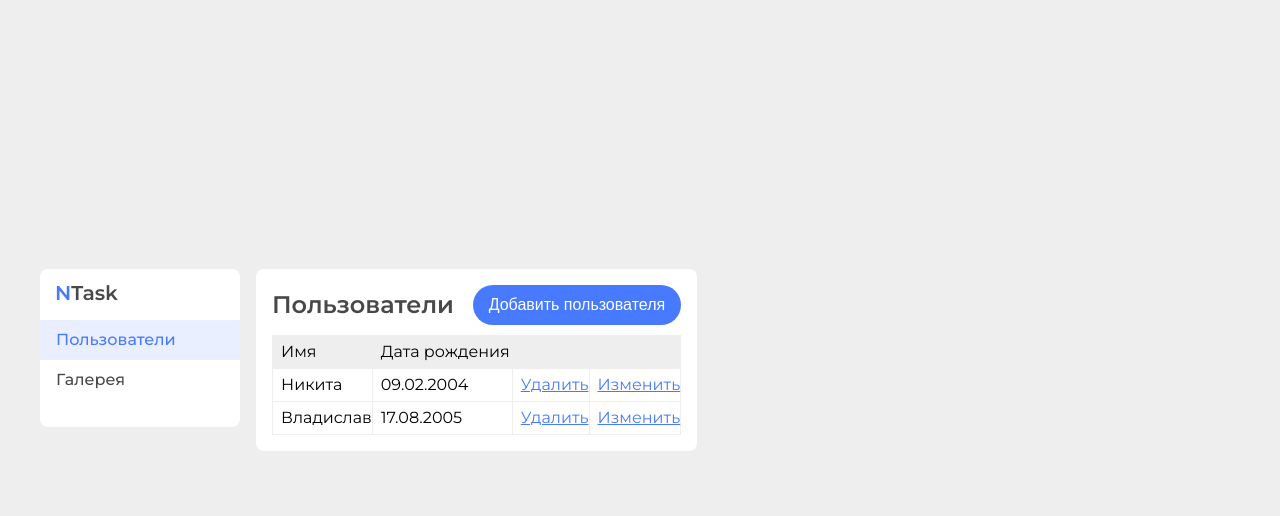
Repository: Grid-Master/NTask
Page: /NTask/gallery
An editor plug-in stored every save of this project. The page is shown before and after the next save, followed by the edit.
The browser window is 1280 px wide. The pictures show the whole page.
The project was rebuilt for these pictures with package versions that can differ from the ones it lists, and the page was loaded fresh each time. Also part of the build but not shown: src/components/gallery/gallery.sass, src/components/updateUser/updateUser.sass, src/components/updateUser/UpdateUser.tsx.

Above is the page before, as saved 2023-06-09 19:51:36.

After the next save:
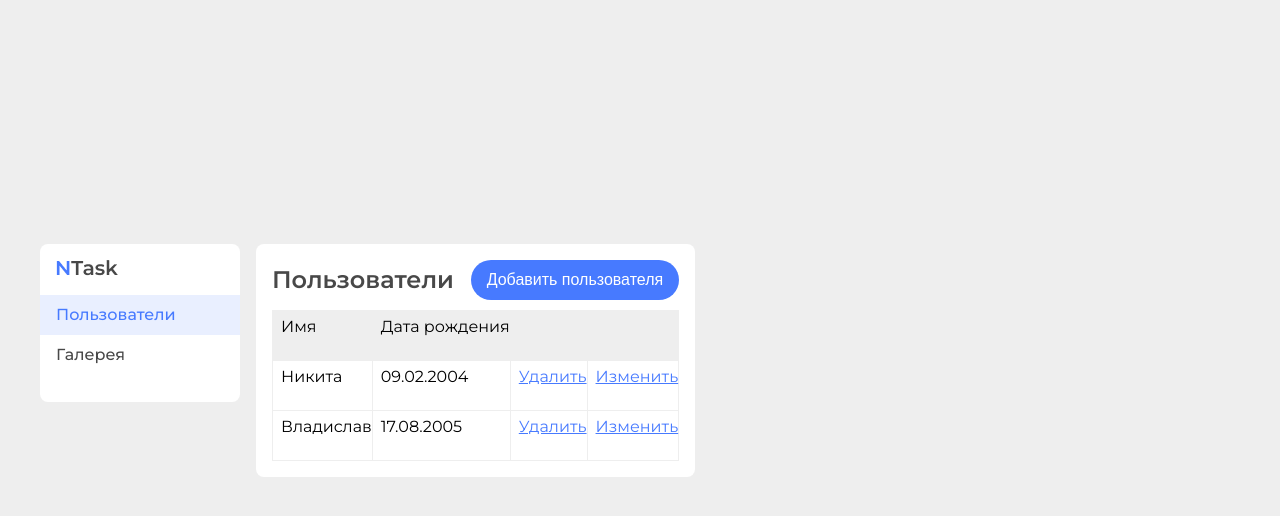
Saved 10 s later.
--- a/src/components/userList/userList.sass
+++ b/src/components/userList/userList.sass
@@ -44,7 +44,7 @@
             &:hover
                 opacity: .8
         tr td:nth-child(2)
-            width: 131px !important
+            height: 33px
         // tr:first-child td:first-child
         //     border-radius: 8px 0 0 0
         // tr:first-child td:last-child
